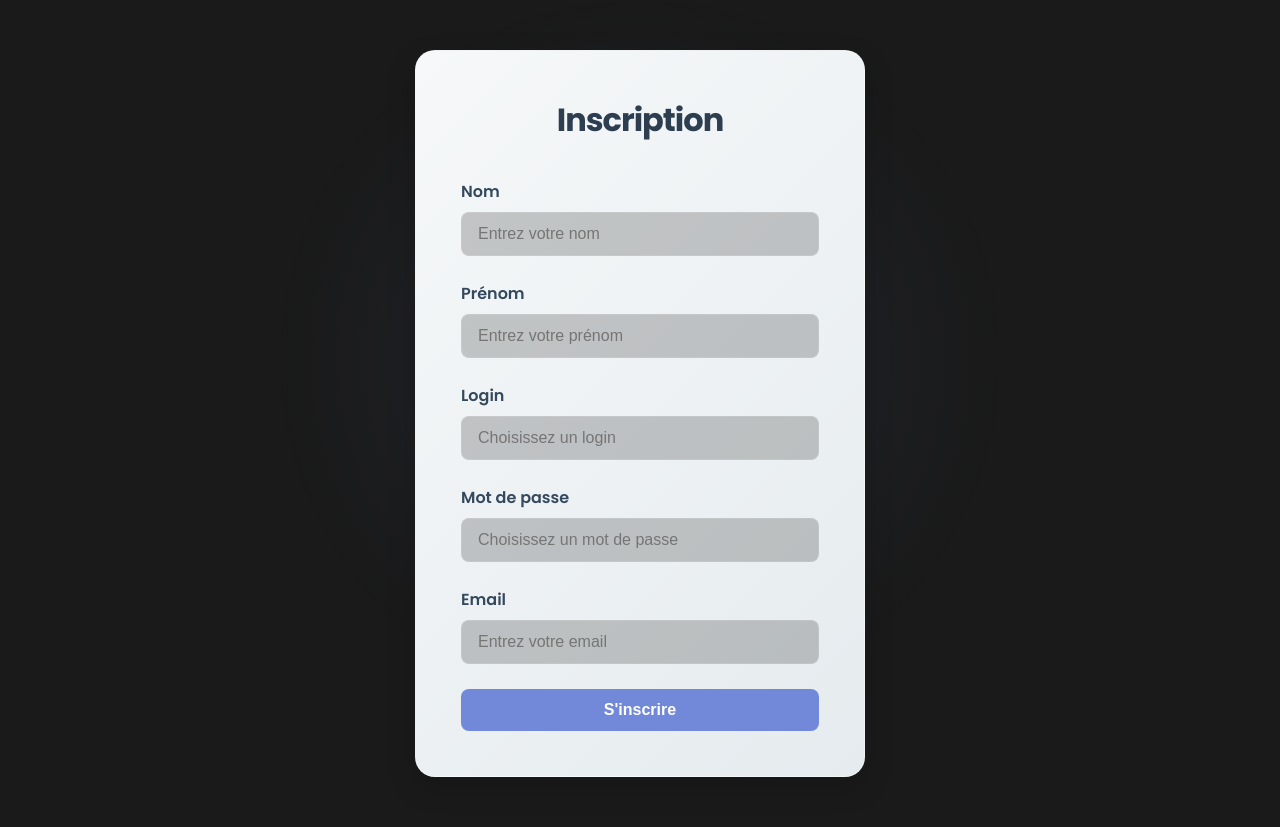
Repository: mbathio/jee
Page: http://localhost/test1/inscription.jsp
These files come from the project's save history. The page is drawn as it stood at one moment and after the next save; the edit follows.
The browser window is 1280 px wide. The pictures show the whole page.
Some web fonts or font styles are not loaded; a fallback is used. The page is served by Tomcat 10. Other server files are loaded and not shown.

Above is the page before, as saved 2025-04-14 05:07:27.

### test1/src/main/webapp/inscription.jsp
<%@ page contentType="text/html;charset=UTF-8" language="java" %>
<!DOCTYPE html>
<html lang="fr">
<head>
    <meta charset="UTF-8">
    <meta name="viewport" content="width=device-width, initial-scale=1.0">
    <title>Inscription</title>
    <link href="[https://fonts.googleapis.com/css2?family=Poppins:wght@300;400;600;700&display=swap"](https://fonts.googleapis.com/css2?family=Poppins:wght@300;400;600;700&display=swap") rel="stylesheet">
    <link rel="stylesheet" href="css/style.css">
</head>
<body>
    <div class="login-container">
        <div class="login-title">
            <h1>Inscription</h1>
        </div>
        <form class="login-form" action="inscription" method="post">
            <div class="form-group">
                <label for="nom">Nom</label>
                <input type="text" id="nom" name="nom" placeholder="Entrez votre nom" required>
            </div>
            <div class="form-group">
                <label for="prenom">Prénom</label>
                <input type="text" id="prenom" name="prenom" placeholder="Entrez votre prénom" required>
            </div>
            <div class="form-group">
                <label for="login">Login</label>
                <input type="text" id="login" name="login" placeholder="Choisissez un login" required>
            </div>
            <div class="form-group">
                <label for="password">Mot de passe</label>
                <input type="password" id="password" name="password" placeholder="Choisissez un mot de passe" required>
            </div>
            <div class="form-group">
                <label for="email">Email</label>
                <input type="email" id="email" name="email" placeholder="Entrez votre email" required>
            </div>
            <button type="submit" class="login-btn">S'inscrire</button>
        </form>
    </div>
</body>
</html>

### test1/src/main/webapp/css/style.css
/* Import des polices */
@import url('https://fonts.googleapis.com/css2?family=Poppins:wght@300;400;500;600;700&display=swap');

/* Reset et variables globales */
:root {
    --primary-color: #7289da;
    --secondary-color: #5c6bc0;
    --background-dark: #1a1a1a;
    --background-light: #2d2d2d;
    --text-primary: #ffffff;
    --text-secondary: #b9bbbe;
    --error-color: #f04747;
    --success-color: #43b581;
}

* {
    margin: 0;
    padding: 0;
    box-sizing: border-box;
}

/* Style principal */
body {
    font-family: 'Poppins', sans-serif;
    background: var(--background-dark);
    min-height: 100vh;
    display: flex;
    position: relative;
    overflow-x: hidden;
}

/* Effet de particules en arrière-plan */
body::before {
    content: '';
    position: fixed;
    top: 0;
    left: 0;
    width: 100%;
    height: 100%;
    background: radial-gradient(circle at 50% 50%, rgba(114, 137, 218, 0.1) 0%, transparent 50%);
    pointer-events: none;
}

/* Sidebar */
.sidebar {
    width: 240px;
    background: var(--background-light);
    height: 100vh;
    padding: 20px;
    position: fixed;
    left: 0;
    top: 0;
}

.logo {
    color: var(--text-primary);
    font-size: 24px;
    font-weight: 700;
    margin-bottom: 40px;
    display: flex;
    align-items: center;
    gap: 10px;
}

.nav-links {
    list-style: none;
}

.nav-links li {
    margin-bottom: 10px;
}

.nav-links a {
    color: var(--text-secondary);
    text-decoration: none;
    font-size: 16px;
    display: flex;
    align-items: center;
    padding: 10px;
    border-radius: 5px;
    transition: all 0.3s ease;
}

.nav-links a:hover {
    background: rgba(114, 137, 218, 0.1);
    color: var(--text-primary);
}

/* Contenu principal */
.main-content {
    margin-left: 240px;
    padding: 40px;
    width: calc(100% - 240px);
}

/* Container de connexion */
.login-container {
    background: linear-gradient(135deg, #f6f8f9 0%, #e5ebee 100%);
    border-radius: 20px;
    padding: 45px;
    width: 450px;
    position: relative;
    margin: 50px auto;
    box-shadow: 0 10px 30px rgba(0, 0, 0, 0.15);
    border: 1px solid rgba(255, 255, 255, 0.2);
    transition: transform 0.3s ease;
}

.login-container:hover {
    transform: scale(1.02);
}

.login-title {
    text-align: center;
    margin-bottom: 35px;
}

.login-title h1 {
    color: #2c3e50;
    font-size: 32px;
    font-weight: 700;
    letter-spacing: -1px;
}

/* Style des formulaires */
.form-group {
    margin-bottom: 25px;
    position: relative;
}

.form-group label {
    display: block;
    color: #34495e;
    margin-bottom: 8px;
    font-weight: 600;
    transition: color 0.3s ease;
}

.form-group input {
    width: 100%;
    padding: 12px 16px;
    background: rgba(0, 0, 0, 0.2);
    border: 1px solid rgba(255, 255, 255, 0.1);
    border-radius: 8px;
    color: var(--text-primary);
    font-size: 16px;
    transition: all 0.3s ease;
}

.form-group input:focus {
    outline: none;
    border-color: var(--primary-color);
    box-shadow: 0 0 0 2px rgba(114, 137, 218, 0.25);
}

/* Bouton de connexion */
.login-btn {
    width: 100%;
    padding: 12px;
    background: var(--primary-color);
    color: white;
    border: none;
    border-radius: 8px;
    font-size: 16px;
    font-weight: 600;
    cursor: pointer;
    transition: all 0.3s ease;
}

.login-btn:hover {
    background: var(--secondary-color);
    transform: translateY(-2px);
    box-shadow: 0 5px 15px rgba(114, 137, 218, 0.4);
}

/* Message d'erreur */
.error-message {
    background: rgba(240, 71, 71, 0.1);
    border: 1px solid var(--error-color);
    color: var(--error-color);
    padding: 12px;
    border-radius: 8px;
    margin-top: 20px;
    font-size: 14px;
    text-align: center;
}

/* Liens supplémentaires */
.additional-links {
    margin-top: 20px;
    text-align: center;
}

.additional-links a {
    color: var(--text-secondary);
    text-decoration: none;
    font-size: 14px;
    transition: color 0.3s ease;
}

.additional-links a:hover {
    color: var(--primary-color);
}

/* Styles pour les liens de menu */
.menu-links {
    display: flex;
    flex-direction: column;
    gap: 15px;
    align-items: center;
    margin-top: 20px;
}

.menu-links .login-btn {
    text-decoration: none;
    width: 100%;
    text-align: center;
    padding: 12px;
    background-color: #3498db;
    color: white;
    border-radius: 8px;
    transition: background-color 0.3s ease;
}

.menu-links .login-btn:hover {
    background-color: #2980b9;
}

/* Animation de fade-in */
@keyframes fadeIn {
    from {
        opacity: 0;
        transform: translateY(20px);
    }
    to {
        opacity: 1;
        transform: translateY(0);
    }
}

.login-container {
    animation: fadeIn 0.6s ease-out;
}

/* Media Queries */
@media (max-width: 768px) {
    .sidebar {
        width: 70px;
        padding: 20px 10px;
    }

    .logo span {
        display: none;
    }

    .nav-links span {
        display: none;
    }

    .main-content {
        margin-left: 70px;
        width: calc(100% - 70px);
    }
}

@media (max-width: 480px) {
    .login-container {
        width: 90%;
        padding: 30px 20px;
    }

    .sidebar {
        display: none;
    }

    .main-content {
        margin-left: 0;
        width: 100%;
    }
}

After the next save:
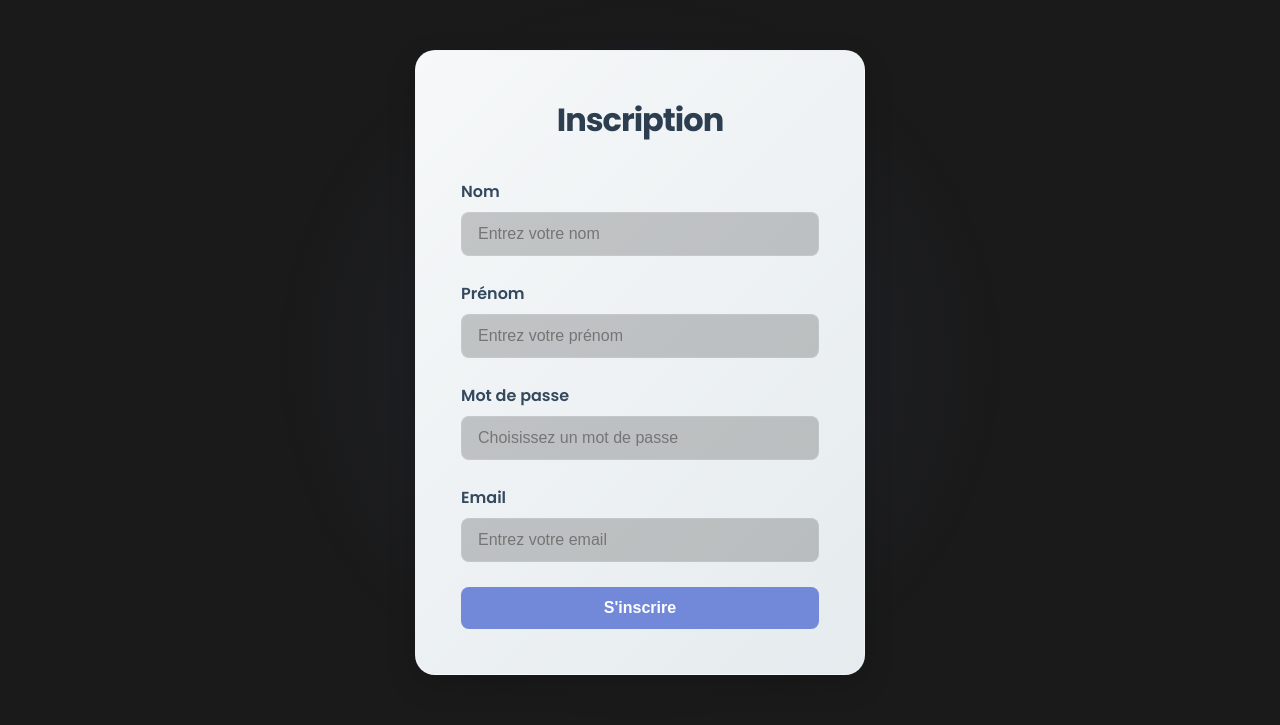
Saved 53 s later.
--- a/test1/src/main/webapp/inscription.jsp
+++ b/test1/src/main/webapp/inscription.jsp
@@ -22,10 +22,7 @@
                 <label for="prenom">Prénom</label>
                 <input type="text" id="prenom" name="prenom" placeholder="Entrez votre prénom" required>
             </div>
-            <div class="form-group">
-                <label for="login">Login</label>
-                <input type="text" id="login" name="login" placeholder="Choisissez un login" required>
-            </div>
+
             <div class="form-group">
                 <label for="password">Mot de passe</label>
                 <input type="password" id="password" name="password" placeholder="Choisissez un mot de passe" required>
